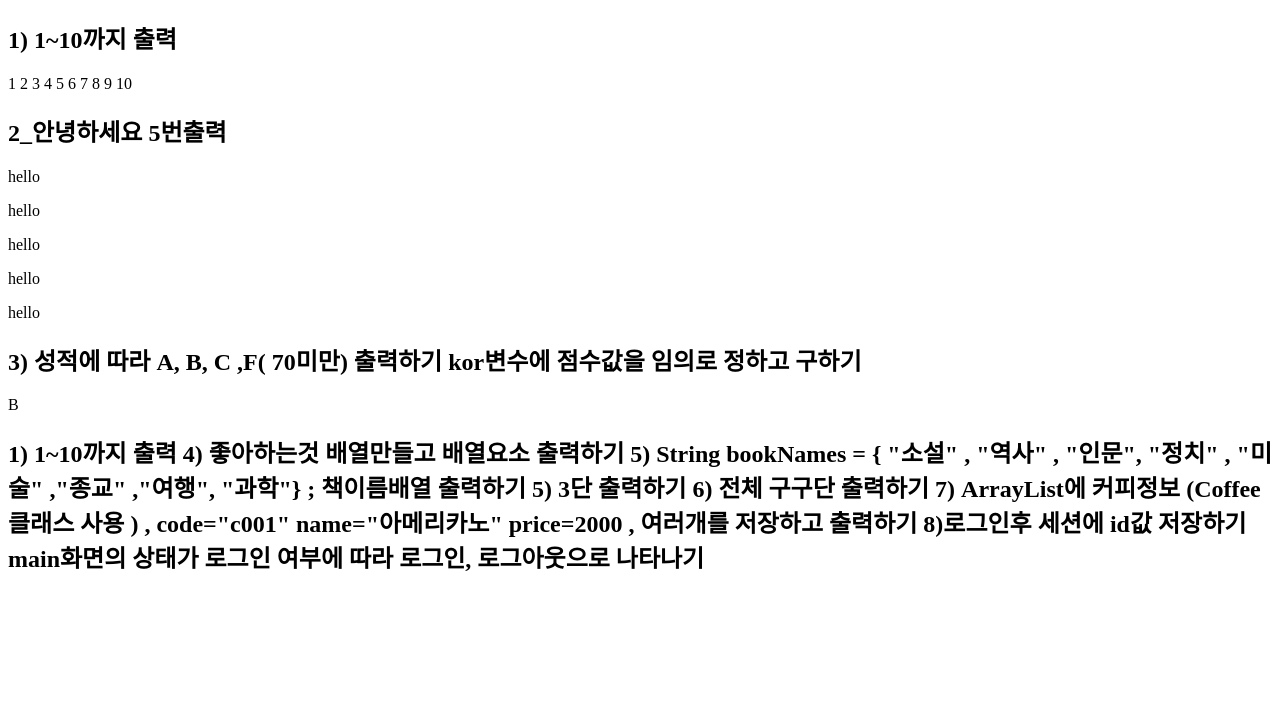
Repository: mvcfvsgdj/javaee
Page: http://localhost/ELprj0908/jstl8
These files come from the project's save history. The page is drawn as it stood at one moment and after the next save; the edit follows.
The browser window is 1280 px wide. The pictures show the whole page.
The page is served by Tomcat 9.

Above is the page before, as saved 2023-09-08 06:13:07.

After the next save:
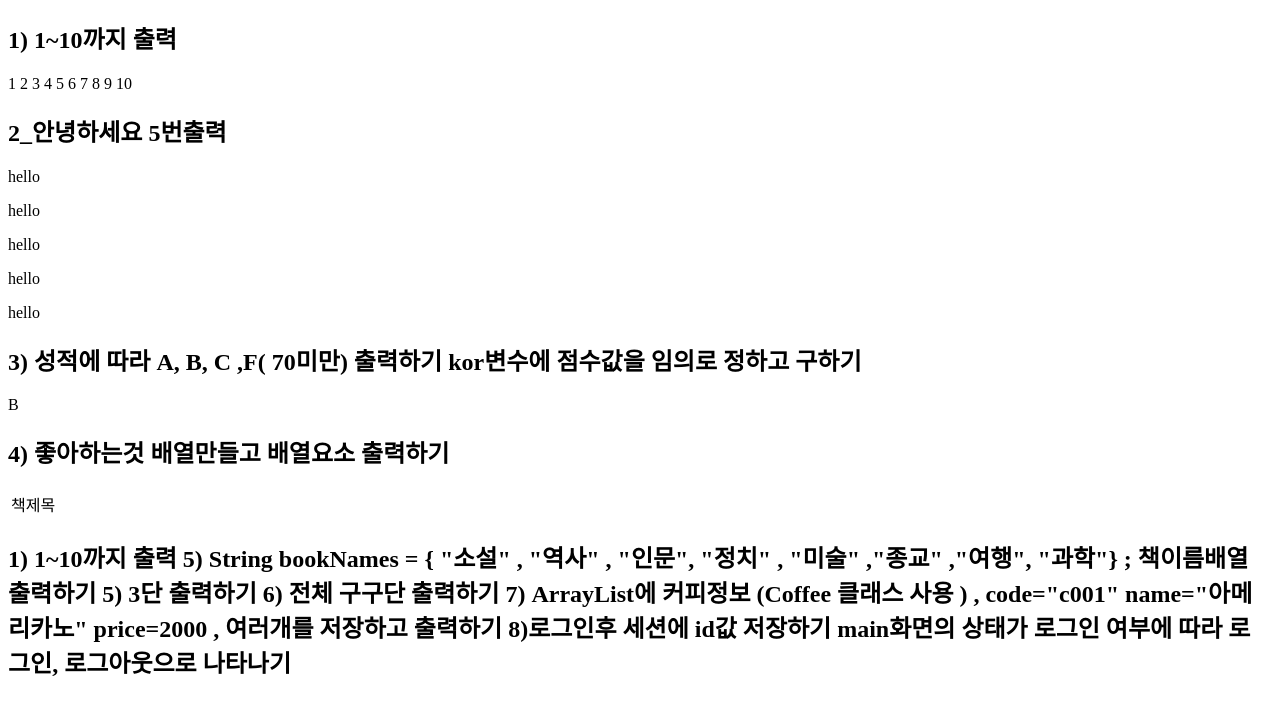
Saved 114 s later.
--- a/ELprj0908/src/main/webapp/WEB-INF/views/jstl8.jsp
+++ b/ELprj0908/src/main/webapp/WEB-INF/views/jstl8.jsp
@@ -40,10 +40,28 @@
 <c:otherwise>F</c:otherwise>
 </c:choose>
 
+    <h2>4) 좋아하는것 배열만들고 배열요소 출력하기  </h2>
+
+    <table>
+<tr>
+<td>
+책제목
+</td>
+</tr>
+<c:forEach var="book" items="${books }">
+<tr>
+<td>
+${book}
+</td>
+</tr>
+</c:forEach>
+</table>
+
+
     <h2>1) 1~10까지 출력
 
 
-4) 좋아하는것 배열만들고 배열요소 출력하기
+
 5) String bookNames = {  "소설" , "역사" , "인문",  "정치" , "미술" ,"종교" ,"여행", "과학"}  ;   책이름배열 출력하기
 5) 3단 출력하기
 6) 전체 구구단 출력하기
